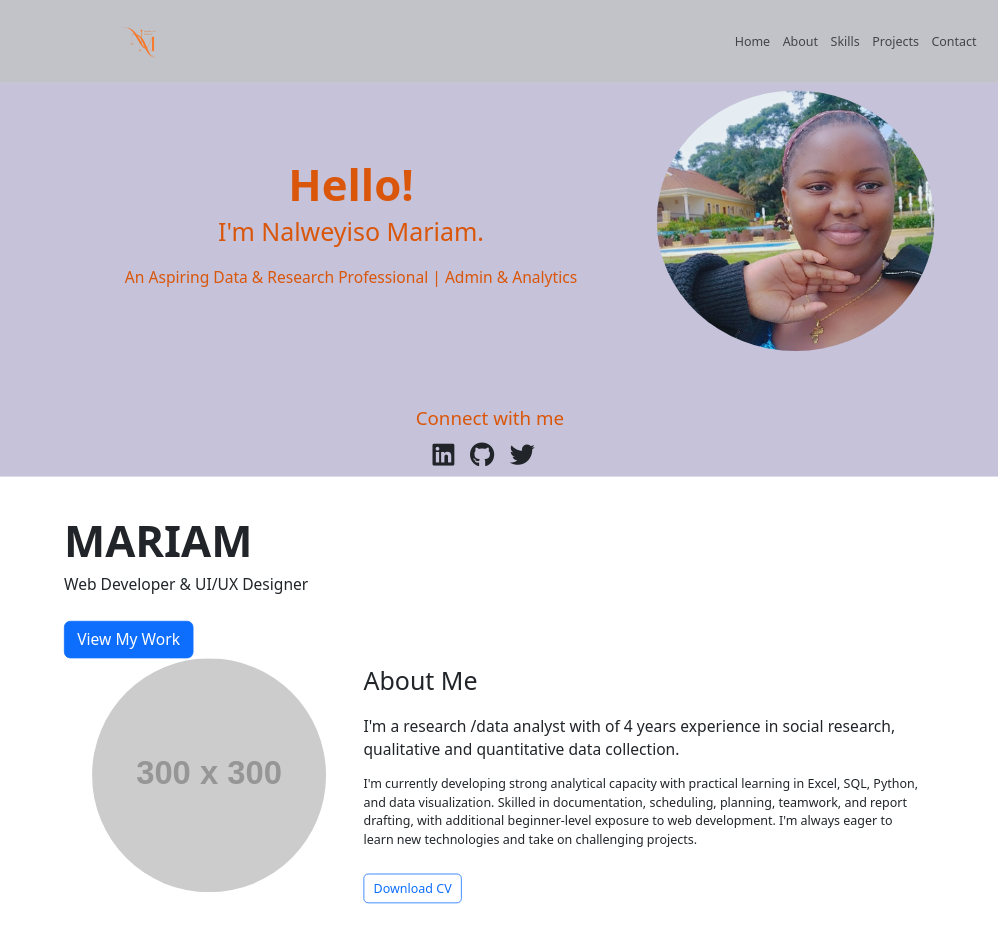
Repository: NalweMari/My-Personal-Portfolio
Page: index.html
These files come from the project's save history. The page is drawn as it stood at one moment and after the next save; the edit follows.
The browser window is 1280 px wide. The pictures show the whole page, at 78% of full size.

Above is the page before, as saved 2025-11-27 22:12:21.
Console error (its wording comes from the project's code and is left out).

After the next save:
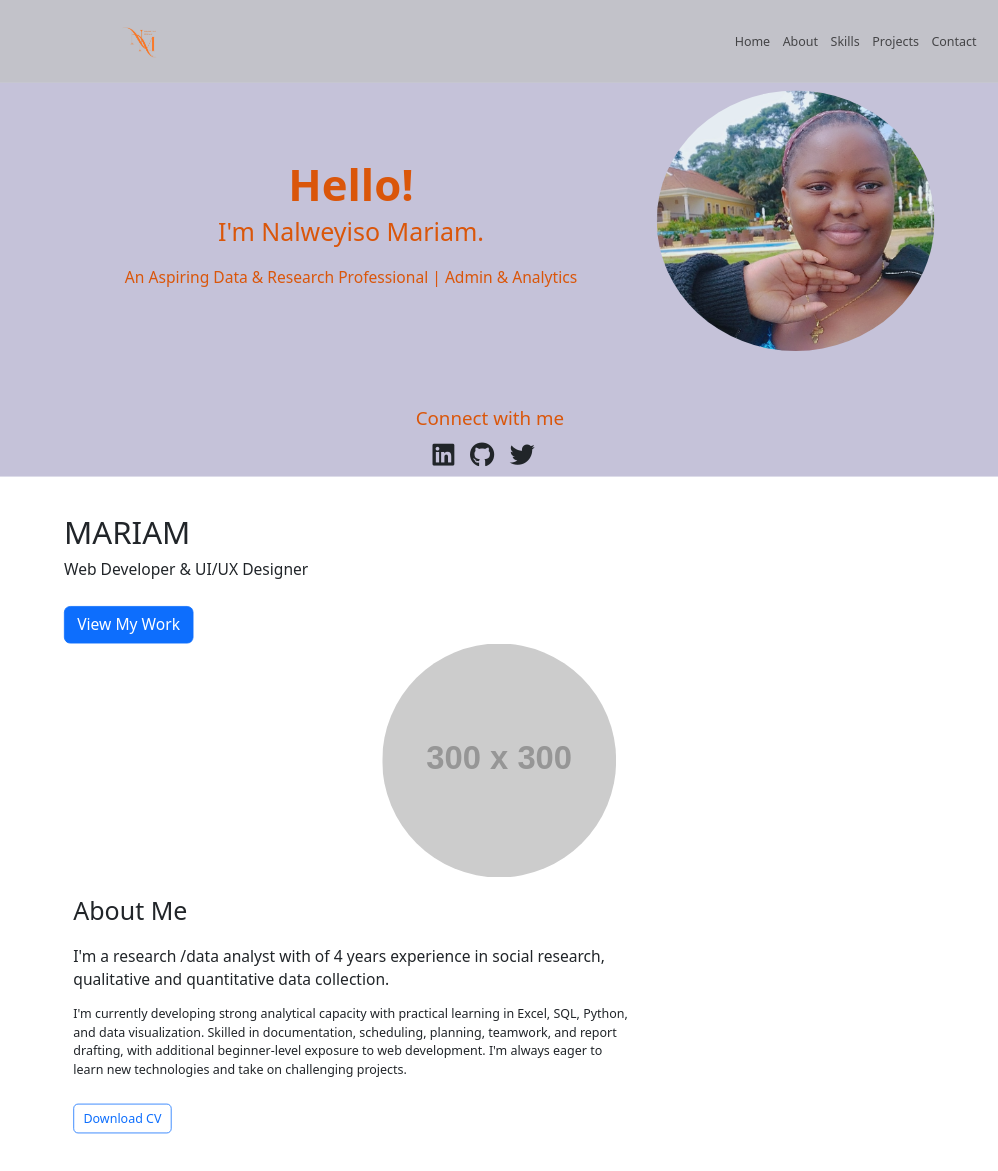
Saved 75 s later.
--- a/index.html
+++ b/index.html
@@ -79,13 +79,13 @@
 
       <section id="about" class="py-5">
         <div class="container">
-            <h1 class="display-4 fw-bold">MARIAM</h1>
+            <h1 class="">MARIAM</h1>
             <p class="lead">Web Developer & UI/UX Designer</p>
             <a href="#projects" class="btn btn-primary btn-lg mt-3">View My Work</a>
     <section id="about" class="">
         <div class="container">
             <div class="row align-items-center">
-                <div class="col-md-4 text-center mb-4">
+                <div class="display-4 fw-boldcol-md-4 text-center mb-4">
                     <img src="https://via.placeholder.com/300" alt="Profile" class="img-fluid rounded-circle">
                 </div>
                 <div class="col-md-8">
